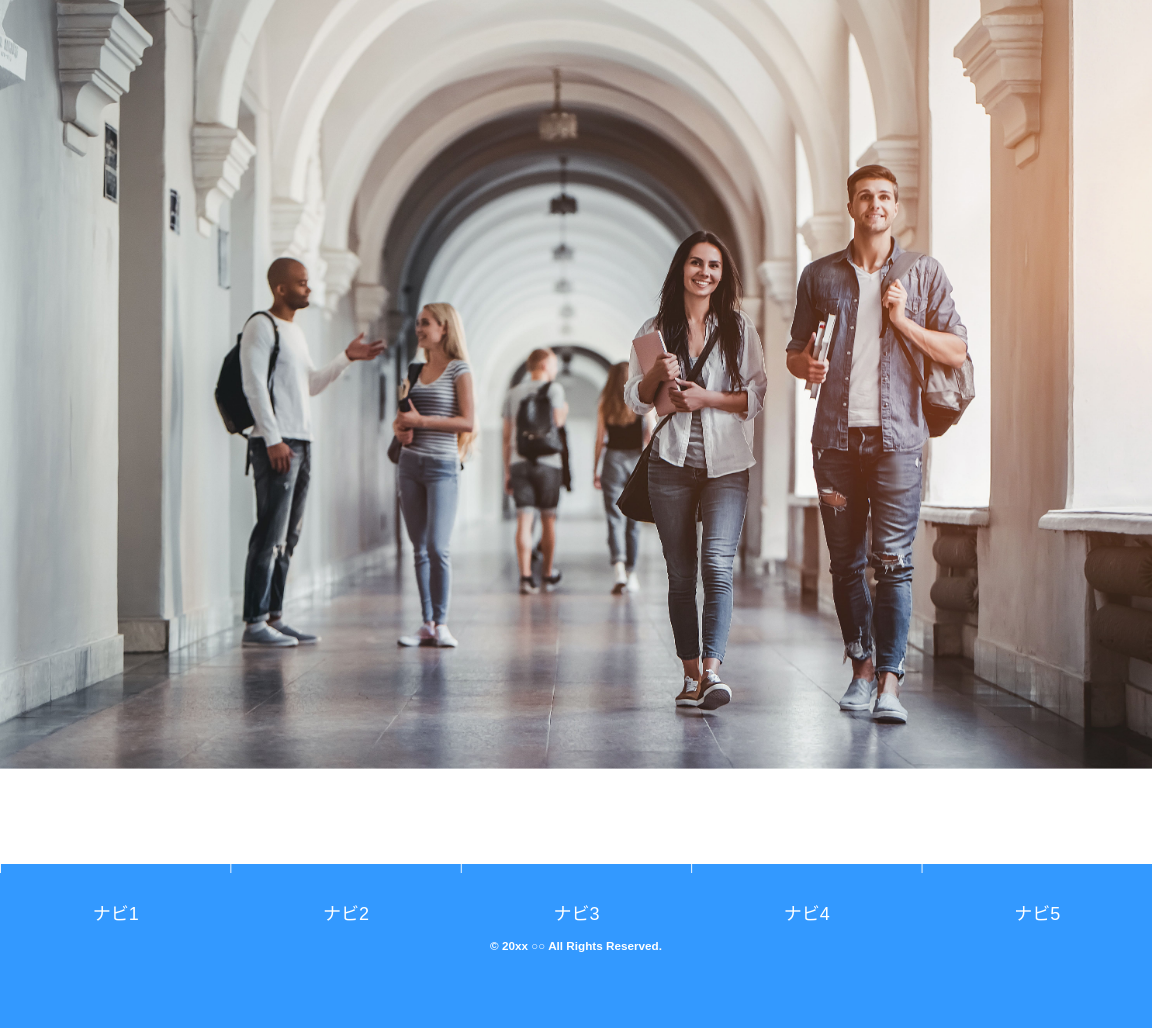
Repository: IzIzKen/samurai_HTML-CSS
Page: HTML CSSを学びWebプログラミングの第一歩を踏み出そう/9章 ナビゲーションの実装/home.html
The author's editor kept a record of every edit. The page is drawn from the files as they stood at one moment, then again after the next edit.
The browser window is 1280 px wide. The pictures show the whole page, at 90% of full size.

Above is the page before.

After the next edit:
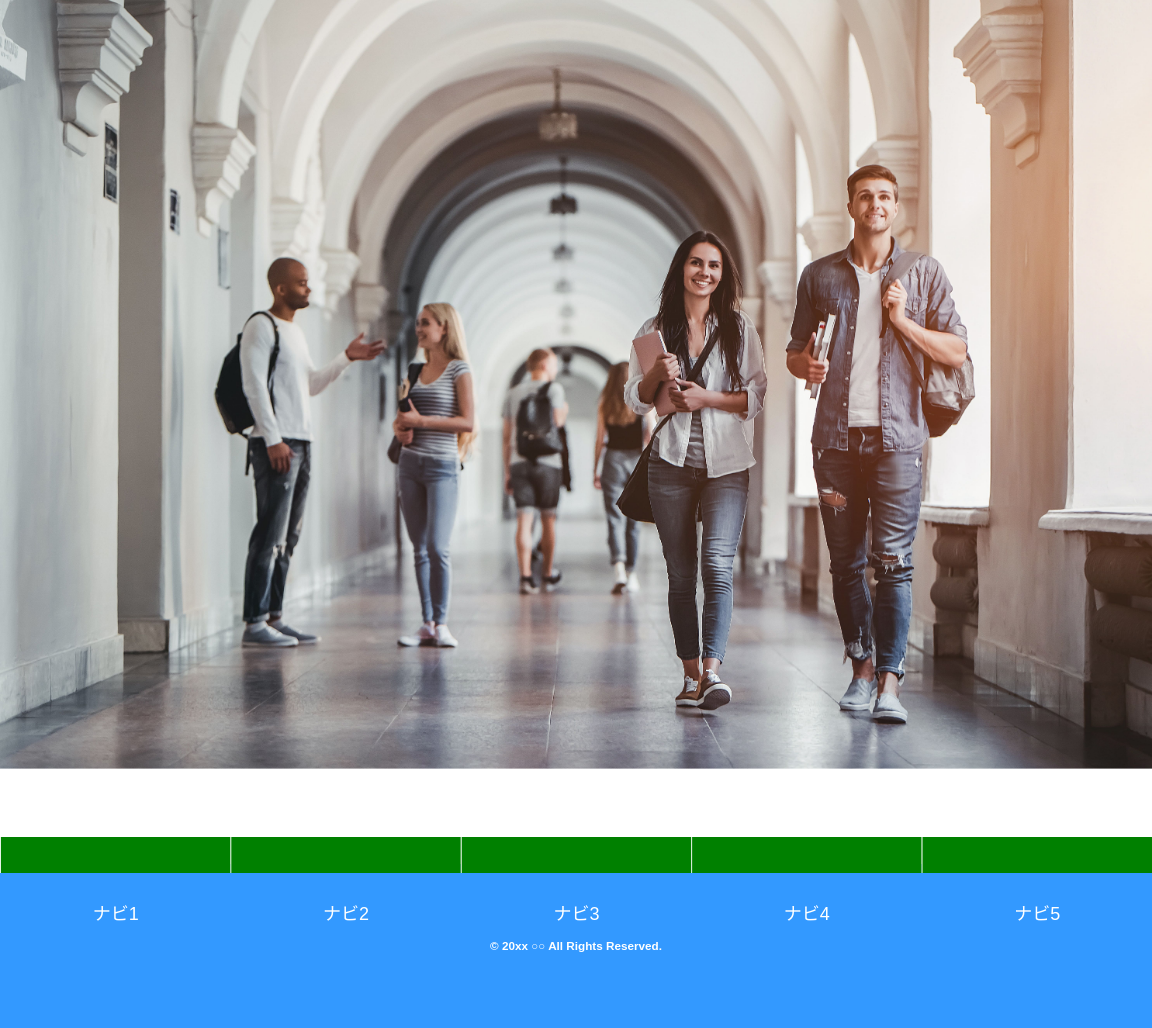
The edit:
--- a/HTML CSSを学びWebプログラミングの第一歩を踏み出そう/9章 ナビゲーションの実装/stylesheet.css
+++ b/HTML CSSを学びWebプログラミングの第一歩を踏み出そう/9章 ナビゲーションの実装/stylesheet.css
@@ -67,6 +67,6 @@
     color: #FFF;
     font-size: 20px;
     text-decoration: none;
-    backfground-color: green;
+    background-color: green;
     border-left: 1px solid white;
 }
